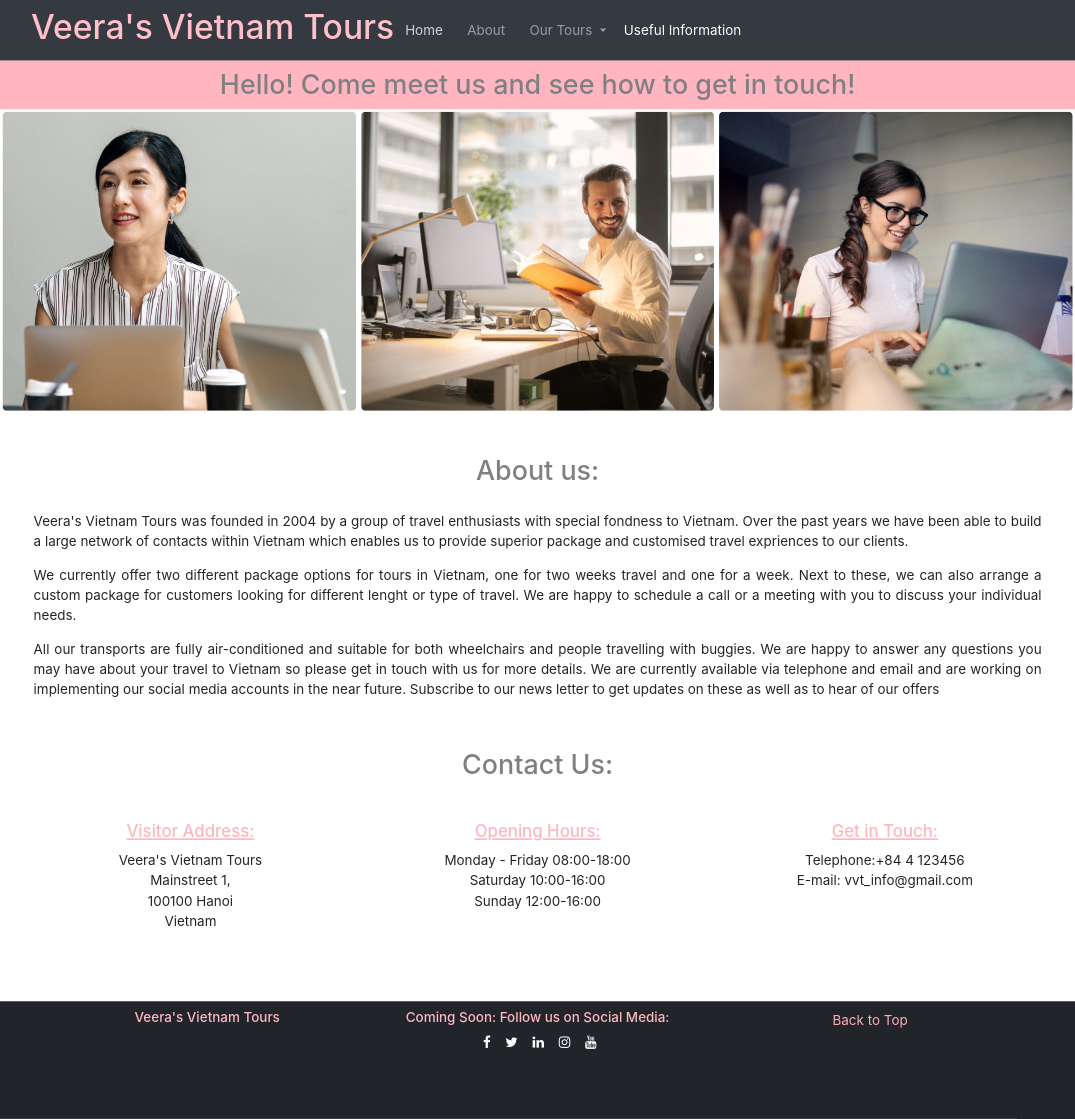
Repository: VAhola/VietnamTour
Page: about.html
The author's editor kept a record of every edit. The page is drawn from the files as they stood at one moment, then again after the next edit.
The browser window is 1280 px wide. The pictures show the whole page, at 84% of full size.

Above is the page before.

### about.html
<!DOCTYPE html>
<html lang="en">
<head>
    <meta charset="UTF-8">
    <meta name="viewport" content="width=device-width, initial-scale=1.0">
    <meta http-equiv="X-UA-Compatible" content="ie=edge">
    <link rel="stylesheet" href="https://stackpath.bootstrapcdn.com/bootstrap/4.3.1/css/bootstrap.min.css" type="text/css" />
    <link rel="stylesheet" href="https://stackpath.bootstrapcdn.com/font-awesome/4.7.0/css/font-awesome.min.css" type="text/css" />
    <link rel="stylesheet" href="style.css" type="text/css"/>
    <title>Vietnam Project</title>
</head>
<body>

<!--Nav-->

    <nav class="navbar navbar-dark navbar-expand-sm bg-dark top">
        <a class="navbar-brand title"></a>

        <h1 style="color:pink;">Veera's Vietnam Tours <br></h1>

     <button class="navbar-toggler ml-auto" type="button" data-toggle="collapse" data-target="#navbarNavDropdown" aria-controls="navbarNavDropdown" aria-expanded="false" aria-label="Toggle navigation">
        <span class="navbar-toggler-icon"></span></button>
      <div class="collapse navbar-collapse" id="navbarNavDropdown">
            <ul class="navbar-nav mr-auto">
                <li class="nav-item mr-2"><a class="nav-link" href="index.html" style="color:lightgray;">Home</a></li>
                <li class="nav-item mr-2"><a class="nav-link" href="about.html">About</a></li>
                <li class="nav-item dropdown">
                    <a class="nav-link dropdown-toggle" href="#" id="navbarDropdownMenuLink" role="button" data-toggle="dropdown" aria-haspopup="true" aria-expanded="false">
          Our Tours
        </a>
                    <div class="dropdown-menu" aria-labelledby="navbarDropdownMenuLink">
                        <a class="dropdown-item" href="16d.html">16 Day Complete Vietnam</a>
                        <a class="dropdown-item" href="8d.html">8 Days Vietnam at glance</a>
                    </div>
                </li>
                <li class="active nav-item mr-2"><a class="nav-link" href="Info.html">Useful Information</a></li>
            </ul>
            </div>
        </nav>
<!-- /.nav -->


<!--Banner-->

<div class=section3>
    <h2 class="intro1">
     Hello! Come meet us and see how to get in touch!
    </h2>
 </div>

<div class="gallery1">
<figure class="gallery_item gallery__item1">
    <img src="Assets/pictures/adult-casual-coffee-1413655.jpg" class="gallery__img" alt="Woman at a meeting">
</figure>
<figure class="gallery__item gallery__item--2">
    <img src="Assets/pictures/adult-blur-businessman-927022.jpg" class="gallery__img" alt="Man sitting at the office">
</figure>
<figure class="gallery__item gallery__item--3">
    <img src="Assets/pictures/beautiful-blur-casual-935756.jpg" class="gallery__img" alt="Woman working on laptop">
    </figure>
  </div>

<!-- /.banner -->

<!--Main-->
<div class=wrapper>

        <h2>About us:</h2>

<section class="about_us">
<p>Veera's Vietnam Tours was founded in 2004 by  a group of travel enthusiasts with special fondness to Vietnam. Over the past years we have been able to build a large network of contacts within Vietnam which enables us to provide superior package and customised travel expriences to our clients.</p>

<p>We currently offer two different package options for tours in Vietnam, one for two weeks travel and one for a week. Next to these, we can also arrange a custom package for customers looking for different lenght or type of travel.
We are happy to schedule a call or a meeting with you to discuss your individual needs.</p>

<p>All our transports are fully air-conditioned and suitable for both wheelchairs and people travelling with buggies.

We are happy to answer any questions you may have about your travel to Vietnam so please get in touch with us for more details. We are currently available via telephone and email and are working on implementing our social media accounts in the near future.

Subscribe to our news letter to get updates on these as well as to hear of our offers
</p>

</section>



<div class="row contacts">
    <div class="col-md-12">
    <h2>Contact Us:</h2>
     </div>
    <div class="col-md-4">
        <h5>Visitor Address:</h5>
        <ul style="text-align:center;">
        <li>Veera's Vietnam Tours</li>
        <li>Mainstreet 1, </li>
        <li>100100 Hanoi </li>
        <li>Vietnam </li>
        </ul>
    </div>
    <div class="col-md-4">
        <h5>Opening Hours:</h5>
        <ul style="text-align:center;">
            <li>Monday - Friday 08:00-18:00</li>
            <li>Saturday 10:00-16:00</li>
            <li>Sunday  12:00-16:00</li>
        </ul>
    </div>
    <div class="col-md-4">
        <h5>Get in Touch:</h5>
        <ul style="text-align:center;">
            <li>Telephone:+84 4 123456</li>
            <li>E-mail: vvt_info@gmail.com</li>
        </ul>
    </div>
        </div>
        <div class="push"></div>

</div>

<!-- /.Main -->

<!--Footer-->

 <footer class="container-fluid site">
     <div class="col-md-12 center">
        <div class="row contacts">
            <div class="col-md-4">
                 <h6>Veera's Vietnam Tours</h6>
            </div>
            <div class="col-md-4">
                <h6 class="inline-block center">Coming Soon: Follow us on Social Media:</h6>
                <ul class="list-inline center">
                    <li class="list-inline-item">
                        <a target="_blank" href="#">
                            <i class="fa fa-facebook" aria-hidden="true"></i>
                            <span class="sr-only">Facebook</span>
                        </a>
                    </li>
                    <li class="list-inline-item">
                        <a target="_blank" href="#">
                            <i class="fa fa-twitter" aria-hidden="true"></i>
                            <span class="sr-only">Twitter</span>
                        </a>
                    </li>
                    <li class="list-inline-item">
                        <a target="_blank" href="#">
                            <i class="fa fa-linkedin" aria-hidden="true"></i>
                            <span class="sr-only">LinkedIn</span>
                        </a>
                    </li>
                    <li class="list-inline-item">
                        <a target="_blank" href="#">
                            <i class="fa fa-instagram" aria-hidden="true"></i>
                            <span class="sr-only">Instagram</span>
                        </a>
                    </li>
                    <li class="list-inline-item">
                        <a target="_blank" href="#">
                            <i class="fa fa-youtube" aria-hidden="true"></i>
                            <span class="sr-only">YouTube</span>
                        </a>
                    </li>
                </ul>
            </div>
           <div class="col-md-4">
                <a href="#top" style="color:#ffaeb9">Back to Top</a>
            </div>
        </div>
        </div>

 </footer>

 <!-- /.Footer -->

<!--JS Scripts-->

    <script src="https://code.jquery.com/jquery-3.3.1.slim.min.js" integrity="sha384-q8i/X+965DzO0rT7abK41JStQIAqVgRVzpbzo5smXKp4YfRvH+8abtTE1Pi6jizo" crossorigin="anonymous"></script>
    <script src="https://cdnjs.cloudflare.com/ajax/libs/popper.js/1.14.3/umd/popper.min.js" integrity="sha384-ZMP7rVo3mIykV+2+9J3UJ46jBk0WLaUAdn689aCwoqbBJiSnjAK/l8WvCWPIPm49" crossorigin="anonymous"></script>
    <script src="https://stackpath.bootstrapcdn.com/bootstrap/4.1.3/js/bootstrap.min.js" integrity="sha384-ChfqqxuZUCnJSK3+MXmPNIyE6ZbWh2IMqE241rYiqJxyMiZ6OW/JmZQ5stwEULTy" crossorigin="anonymous"></script>
 <!-- /.JS Scripts-->
</body>
</html>

### style.css
html {
    border: none;
    height: 100%;
    margin: 0;
}

body: {
    height: 100%;
    margin: 0;

}

/*------------- Styling the header -----------*/

.header {
    background-color: #4F4F4F;
    background-position: center;
    text-align: center;
    background-size: cover;
    color: #fafafa;
    margin:0;
    padding-bottom: 10px;
    padding-top: 10px;

}

html, body {
    height:100%;
}

.button {
    color: white;
}


.navbar-dark .navbar-brand {
    color: 	#ffb6c1;

}

.dropdown-menu {
    background-color: #4F4F4F;
}

.dropdown-item {
    color: #b9bec3;
}


a {
    color:#fafafa;
    margin-left: 5px;
}

.section1 {
    background-size: cover;
    text-align: center;
    background-image: url(Assets/pictures/bamboo-boat-clouds-cloudscape-2132098.jpg);
    background-repeat: no-repeat;
    min-height: 420px;
    color: black;
    padding: 0px;
    background-position-y: bottom;
    background-position-x: center;
    background-color: darkgray;
}

.intro {
    background-color:#ffb6c1;
    padding: 10px 5px;
    color: gray;
}

.intro1 {
    background-color: #ffb6c1;
    padding: 10px 5px;
    color: gray;
    margin-bottom: 0px;
}

.welcome {
    padding:20px 20px;
}

h2 {
    color: gray;
    text-align: center;
    padding-bottom:20px;
    padding-top: 20px;
}

h3{
    color: ;
    text-align: center;
    padding-bottom:20px;
    padding-top: 20px;
}

h5 {
    color: #ffb6c1;
    text-align: center;
    margin-top: 20px;
    margin-bottom: 10px;
    text-decoration: underline;
}


li {
    list-style: none;tours
}

img.quote {
    border-style: solid;
    border-color: gray;
    float: right;
}

dl, ol, ul {
    margin-top: 0;
    margin-bottom: 1rem;
    padding: 0;
}

.tours {
    color:darkgray;
    text-align:center;
    margin-bottom:30px;
}

.tours1 {
    margin: 20px; 10px
}
.section3 {
    background-size: cover;
    text-align: center;
    color: black;
}


.about_us {
    text-align: justify;
    margin: 0px 40px 40px 40px;
}

.contacts {
    margin-left: 20px;
    margin-right: 20px;
    margin-bottom: 20px;
}

.compact {
    margin: 0;
}

.btn-group-lg>.btn, .btn-lg {
    padding: .2rem .5rem;
    font-size: 1rem;
    line-height: 1.5;
}
.man {
    background-image: url(Assets/pictures/hanoi-man-market-1004123.jpg);

}
.right_align{
    text-align:right;
}
.btn-success1 {
    color: #fff;
    background-color: #ffaeb9;
    border-color: gray;
    border-width: thick;
}

.btn-success2 {
    color: black;
    background-color: yellow;
    border-color: yellow;
    border-width: thick;
}

.towel {
 text-align:center;
 padding-left:15px;
 padding-right:15px;
 background-color: yellow;
 display: unset;
}

div.container4 {
    height: 1em;
    position: relative;
}

div.container4 p {
    margin: 0;
    background: yellow;
    position: absolute;
    top: 50%;
    left: 50%;
    margin-right: -50%;
    transform: translate(-50%, -50%);
    display:unset;
    padding: 5px 10px;

}

* {
  box-sizing: border-box;
}

div.box {
  float: left;
  width: 50%;
  padding: 20px;
}

div.center {
    text-align: center;
}

.clearfix::after {
  content: "";
  clear: both;
  display: table;
  padding: 20px;
}

.internary16 {
    text-align: left;
    margin: 10px 20px;
    padding: 10px;
    align-content: center;
    text-align: justify;
}

.right {
    height:200px;
    word-break: break-word;
    float:right;
    margin: 5px;
}

.left {
    height:200px;
    word-break: break-word;
    float:left;
    margin: 5px;
}

.woman {
    float: right;
}


article {
    margin: 5px;
}

img.iten_right {
    border-radius: 20px;
    padding: 5px;
    width: 300px;
    margin-left: 10px;
}

img.iten_left {
    border-radius: 20px;
    padding: 5px;
    width: 300px;
    margin-right: 10px;
}

.section2 {
    background-size: cover;
    text-align: center;
    background-image: url(Assets/pictures/chaly-pavement-road-2044867.jpg);
    background-repeat: no-repeat;
    min-height: 180px;
    color: black;
    padding: 0px;
    background-position-y: bottom;
    background-position-x: center;
    }

img.map_right {
    border: 1px solid #ddd;
    border-radius: 4px;
    width: 220px;
    margin:20px 10px;
}

.info_left {
    border: 3px solid #ddd;
    border-radius: 4px;
    width: 220px;
    margin-right:10px;
}

.info_right {
    border: 2px solid #ddd;
    border-radius: 4px;
    width: 220px;
    margin-left:10px;
}

banner2 {
    display: inline-block;
}

.gallery1 {
    display: grid;
    display: -ms-flexbox;
    grid-template-columns: repeat(3, 1fr);
    padding-top:0px;
    margin: 0px 0px 30px 0px;
}

.section4 {
    background-size: cover;
    text-align: center;
    background-image: url(Assets/pictures/vietnam-2139871_1920_a.jpg);
    background-repeat: no-repeat;
    min-height: 380px;
    color: black;
    padding: 0px;
    background-position-y: bottom;
    background-position-x: center;
}

.section5 {
    background-size: cover;
    text-align: center;
    background-image: url(Assets/pictures/IMG-20190712-WA0006_a.jpg);
    background-repeat: no-repeat;
    min-height: 380px;
    color: black;
    padding: 0px;
    background-position-y: bottom;
    background-position-x: center;
}

.dest {
    margin-left: 20px;
    margin-right: 20px;
    padding: 10px;
    text-align: justify;
}

.info {
    margin-top:20px;
}
.desth {
    margin-left: 20px;
    margin-right: 20px;
    text-align:justify;
}

.ready {
    background-clip: white;
    margin-left: 10px;
    margin-right: 10px;
}

.grid-container-new {
  display: grid;
  justify-content: space-evenly;
  grid-template-columns: 25% 25% 25%; /*Make the grid smaller than the container*/
  grid-gap: 5px;
  padding: 10px;
}

.grid-container {
  display: grid;
  justify-content: space-evenly;
  grid-template-columns: 80% 20%; /*Make the grid smaller than the container*/
  grid-gap: 5px;
  padding: 10px;
}

.grid-item {
  background-color: rgba(255, 255, 255, 0.8);
  border: 1px solid rgba(0, 0, 0, 0.8);
  padding: 20px;
  font-size: 30px;
  text-align: center;
}

.gallery {
    display: grid;
    display: -ms-flexbox;
    grid-template-columns: repeat(4, 1fr);
    grid-gap: 10px;
    padding-top:5px;
    margin: 30px 5px;
}

.gallery__img {
    width: 100%;
    height: 100%;
    object-fit: cover;
    border-radius: 5px;
}

.pink {
    color: #ffaeb9;
}

img {
    -ms-interpolation-mode: bicubic;
}

.bicubic {
            -ms-interpolation-mode: bicubic;
            image-rendering: optimizeQuality;
}
.gallery2 {
    display: grid;
    grid-template-columns: repeat(2, 3fr);
    grid-gap: 2px;
    padding-top:20px;
    padding-bottom: 20px;
    padding-right: 10px;
    margin: 0px;
}

.gallery__items--3 {
    grid-column-start: 1;
    grid-column-end: 3;
    grid-row-start: 2;
    grid-row-end: 3;
}

.gallery3 {
    display: grid;
    grid-template-columns: repeat(2, 3fr);
    grid-gap: 2px;
    padding-top:20px;
    padding-bottom: 20px;
    padding-right: 10px;
    margin: 0px;
}

.gallery__itemy--3 {
    grid-column-start: 1;
    grid-column-end: 3;
    grid-row-start: 2;
    grid-row-end: 3;
}

figure {
    margin: 3px;
}

.people {
    display: grid;
    grid-template-columns: repeat(2, 1fr);
    grid-gap: 10px;
    margin-left: 5px;
    margin-right: 5px;
    padding-top:5px;
}

.people__img {
    width: 100%;
    height: 100%;
    object-fit: cover;
}


.header5 {
    color: #ffb6c1;
    text-decoration: underline;
}

.wrapper {
    min-height: 100%;
    margin-bottom: -50px;
}

.push {
    height: 50px;
}

footer.site {
    background-color: #212529;
    color: #ffb6c1;
    background-size: cover;
    margin-bottom: 0;
    padding-bottom: 10px;
    padding-top: 10px;
    flex-shrink: 0;
    display: -webkit-box;
    height:140px;
}

.bottom {
    margin-bottom: 0;
}

/* media queries */

@media (max-width:767px) {
    body{
    font-size: smaller;
    }
    p {
    font-size: smaller;
    }
    .welcome {
    padding:5px 5px;
    }
    .review{
    padding:5px 5px;
    margin-bottom:5px;
    font-size:smaller;
    }
    h1, h2, h3, h4, h5, h6{
    font-size:smaller;
    }
    em {
    font-size: x-small;
    }
    img.map_right {
    width: 130px;
    margin-left: 5px;
    }
    img.iten_left{
    width: 130px;
    border-radius: 20px;
    }
    img.iten_right{
    width: 130px;
    border-radius: 20px;
    }
    .info_left {
    width: 120px;
    }
    .info_right {
    width: 120px;
    }
    .dest {
    margin-left: 10px;
    margin-right: 10px;
    padding: 5px;
    }
    .section1 {
    background-size: cover;
    text-align: center;
    background-image: url(Assets/pictures/bamboo-boat-clouds-cloudscape-2132098.jpg);
    background-repeat: no-repeat;
    min-height: 180px;
    color: black;
    padding: 0px;
    background-position-y: bottom;
    background-position-x: center;
    background-color: darkgray;
    }
    .section5 {
    background-size: cover;
    text-align: center;
    background-image: url(Assets/pictures/IMG-20190712-WA0006_a.jpg);
    background-repeat: no-repeat;
    min-height: 180px;
    color: black;
    padding: 0px;
    background-position-y: bottom;
    background-position-x: center;
    }
    .section4 {
    background-size: cover;
    text-align: center;
    background-image: url(Assets/pictures/vietnam-2139871_1920_a.jpg);
    background-repeat: no-repeat;
    min-height: 180px;
    color: black;
    padding: 0px;
    background-position-y: bottom;
    background-position-x: center;
    }
}

@media (min-width: 768px) and (max-width: 991px) {
    .review {
    text-align:center;
    padding:20px 10px;
    margin-bottom:40px;
    display:flex;
    }
    .section2 {
    min-height: 340px;
    }
}

@media (min-width: 992px) and (max-width: 2800px) {
    .review{
    text-align:center;
    padding:20px 10px;
    margin-bottom:40px;
    margin-left: 20px;
    margin-right: 20px;
    display:inline-flex;
    }
    .section2 {
    min-height: 480px;
    }
}

div.footer-details.row{
    width:100%;
}

After the next edit:
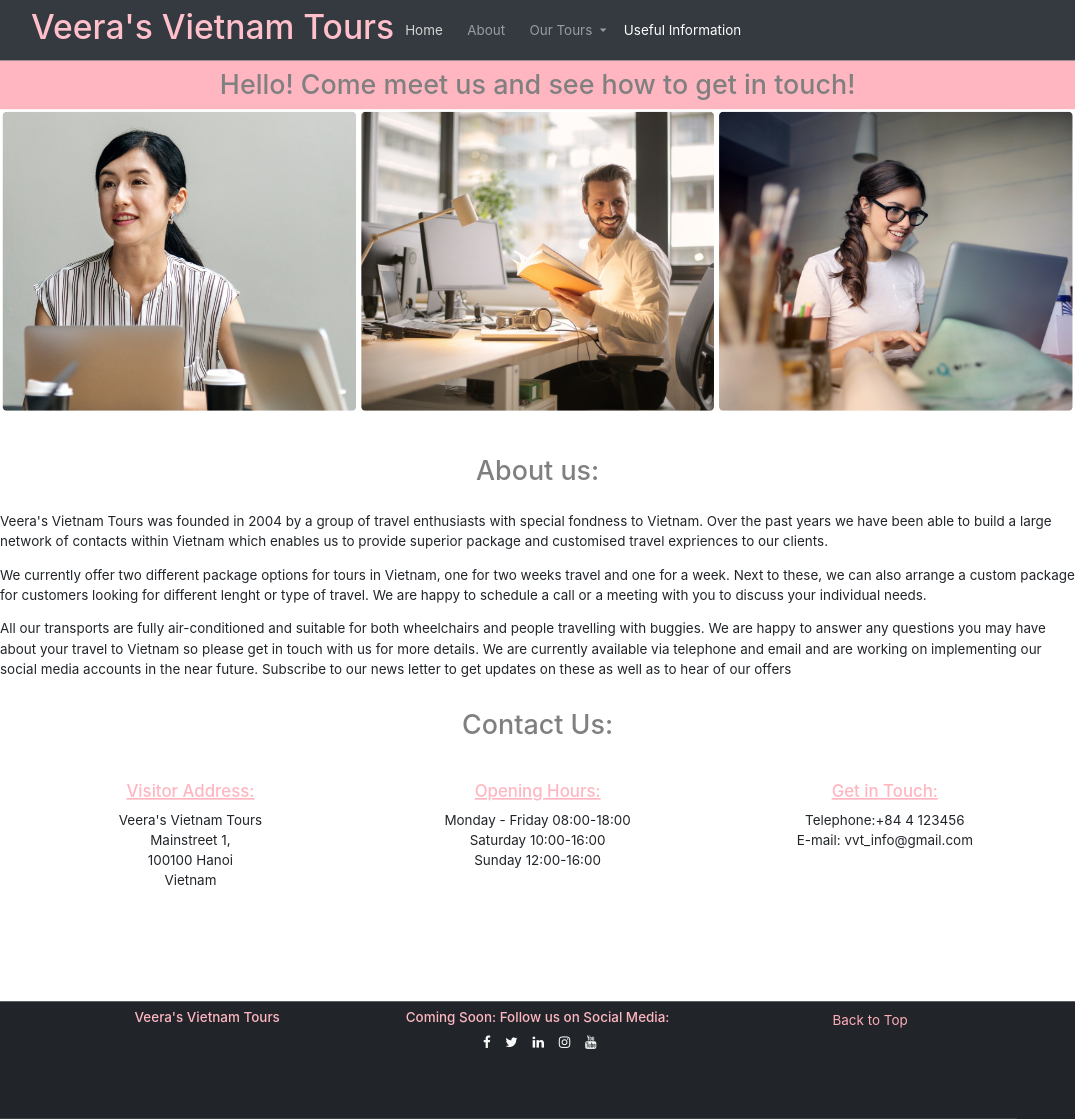
The edit:
--- a/about.html
+++ b/about.html
@@ -67,7 +67,7 @@
 
         <h2>About us:</h2>
 
-<section class="about_us">
+
 <p>Veera's Vietnam Tours was founded in 2004 by  a group of travel enthusiasts with special fondness to Vietnam. Over the past years we have been able to build a large network of contacts within Vietnam which enables us to provide superior package and customised travel expriences to our clients.</p>
 
 <p>We currently offer two different package options for tours in Vietnam, one for two weeks travel and one for a week. Next to these, we can also arrange a custom package for customers looking for different lenght or type of travel.
